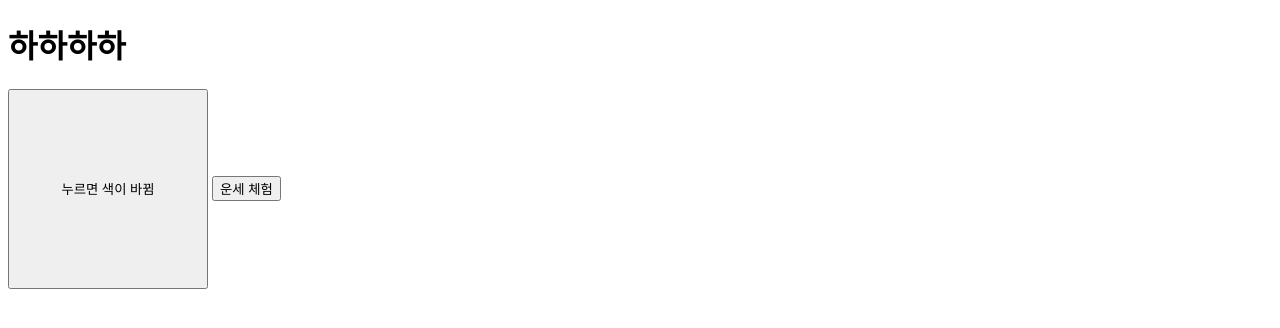
Repository: jun01270/F-E-practice
Page: index.html
These files come from the project's save history. The page is drawn as it stood at one moment and after the next save; the edit follows.
The browser window is 1280 px wide. The pictures show the whole page.

Above is the page before, as saved 2022-12-12 19:51:48.

### index.html
<!DOCTYPE html>
<html lang="en">
  <head>
    <meta charset="UTF-8" />
    <meta http-equiv="X-UA-Compatible" content="IE=edge" />
    <meta name="viewport" content="width=device-width, initial-scale=1.0" />
    <link rel="stylesheet" href="style.css" />
    <title>Document</title>
  </head>
  <body>
    <div class="first">
      <h1 id="laugh">HAHAHAHAHA</h1>
      <button class="Boom">누르면 색이 바뀜</button>
      <button class="lucky" style="width: 200px, height: 100px">
        운세 체험
      </button>
    </div>
    <script src="app.js"></script>
  </body>
</html>

### style.css
.Boom {
  width: 200px;
  height: 200px;
}

### app.js
const title = document.querySelector(".first h1");

title.innerText = "하하하하";

title.style.color;

const colors = [
  "Yellow",
  "Green",
  "Gray",
  "Red",
  "Pink",
  "Blue",
  "Black",
  "Brown",
];

const luck = [
  "운이 좋은 날입니다",
  "운이 안 좋은 날입니다",
  "당장 복권을 사세요",
  "차 조심하세요",
];

whatColors = colors[Math.floor(Math.random() * 7)];

function afterClick() {
  console.log("CLick!!!");
  console.log(colors[Math.floor(Math.random() * 7)]);
  if (title.style.color === "red") {
    title.style.color = colors[Math.floor(Math.random() * 7)];
  } else {
    title.style.color = colors[Math.floor(Math.random() * 7)];
  }
}

title.addEventListener("click", afterClick);

const button1 = document.querySelector(".first button");
console.log(button1);

button1.addEventListener("click", afterClick);

After the next save:
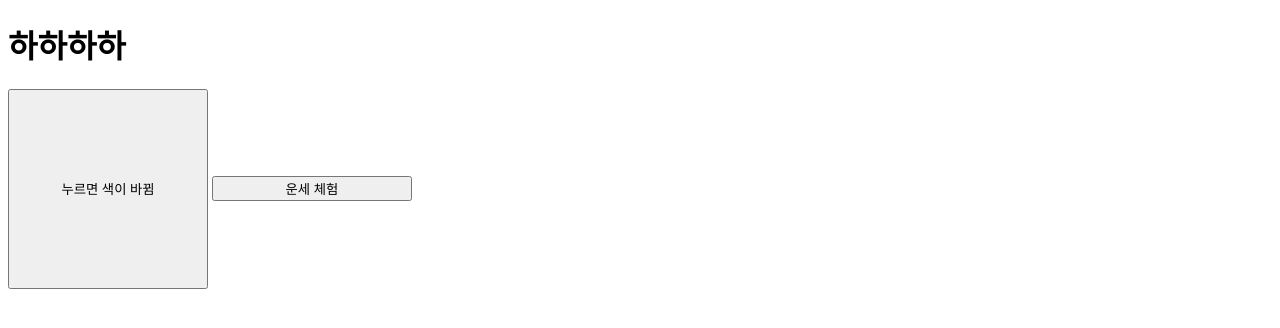
Saved 30 s later.
--- a/index.html
+++ b/index.html
@@ -11,7 +11,7 @@
     <div class="first">
       <h1 id="laugh">HAHAHAHAHA</h1>
       <button class="Boom">누르면 색이 바뀜</button>
-      <button class="lucky" style="width: 200px, height: 100px">
+      <button class="lucky" style="width: 200px", height: 100px;>
         운세 체험
       </button>
     </div>

After the 3 saves that followed:
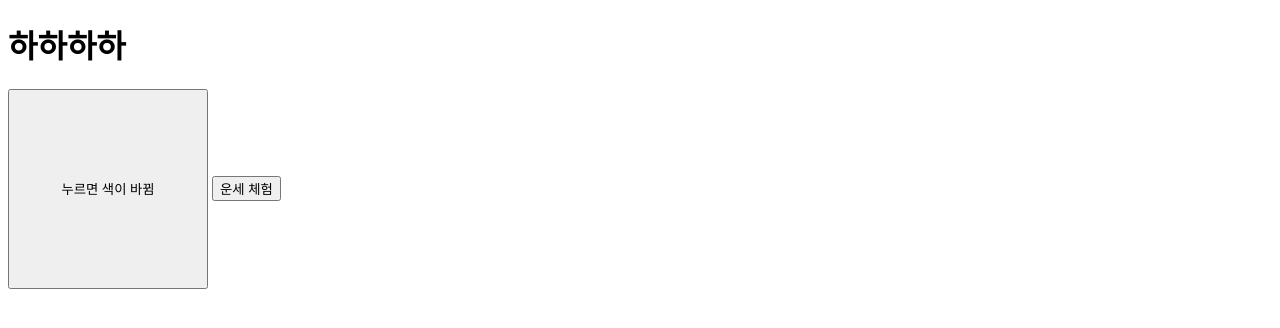
The 3 saves are shown as one change because 1 left the picture as it was and some came seconds apart.
The last was saved 16 s later.
--- a/index.html
+++ b/index.html
@@ -11,7 +11,7 @@
     <div class="first">
       <h1 id="laugh">HAHAHAHAHA</h1>
       <button class="Boom">누르면 색이 바뀜</button>
-      <button class="lucky" style="width: 200px", height: 100px;>
+      <button class="lucky" style="width: 200px, height: 100px">
         운세 체험
       </button>
     </div>
